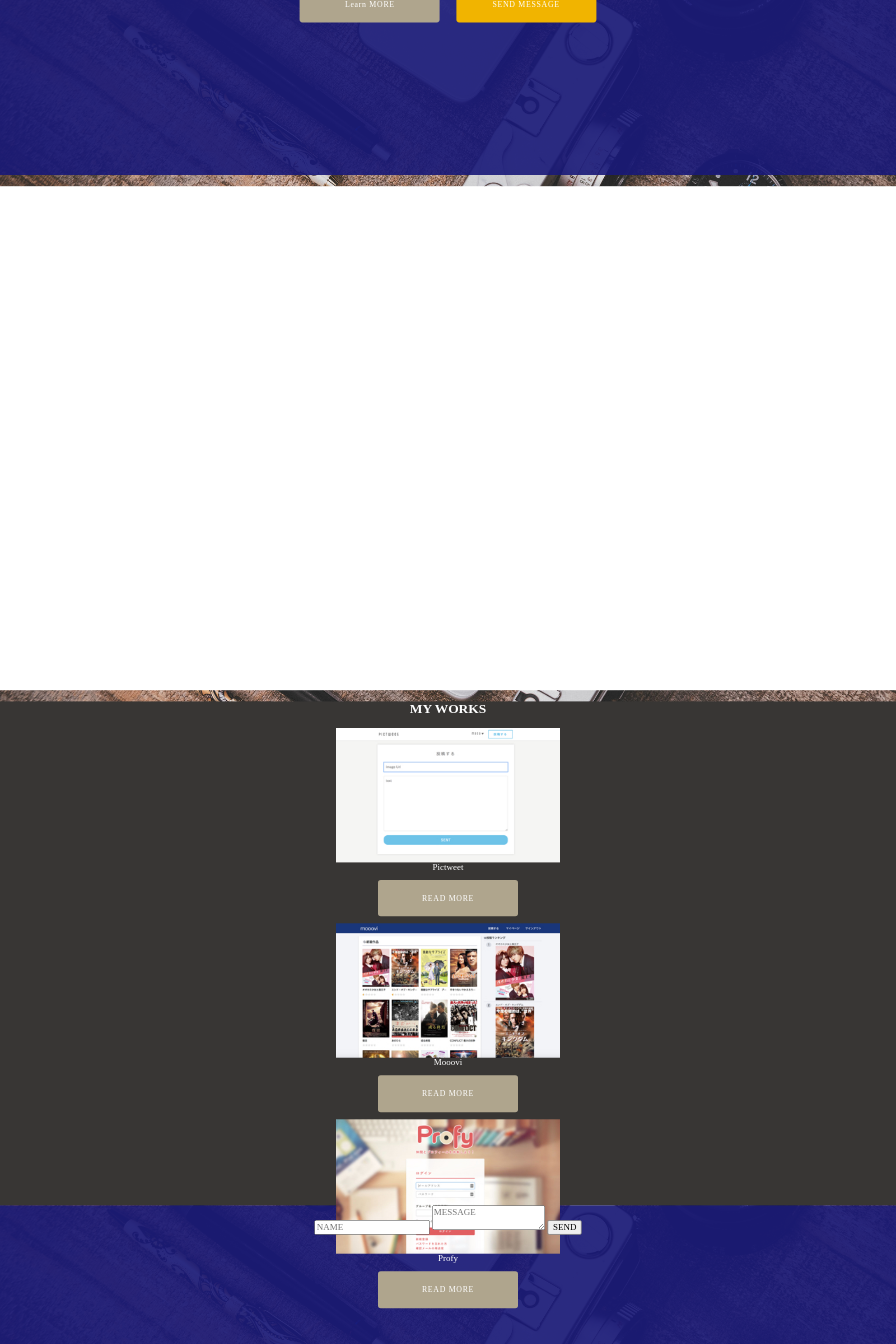
Repository: Kame0012/git_nekotter
Page: HTML-lesson/index.html
The author's editor kept a record of every edit. The page is drawn from the files as they stood at one moment, then again after the next edit.
The browser window is 1280 px wide. The pictures show the part of the page from y = 470 to 2390 px (the page is 2912 px tall before and 2880 px after), at 70% of full size.
Backgrounds fixed to the window are drawn as part of the page.

Above is the page before.

After the next edit:
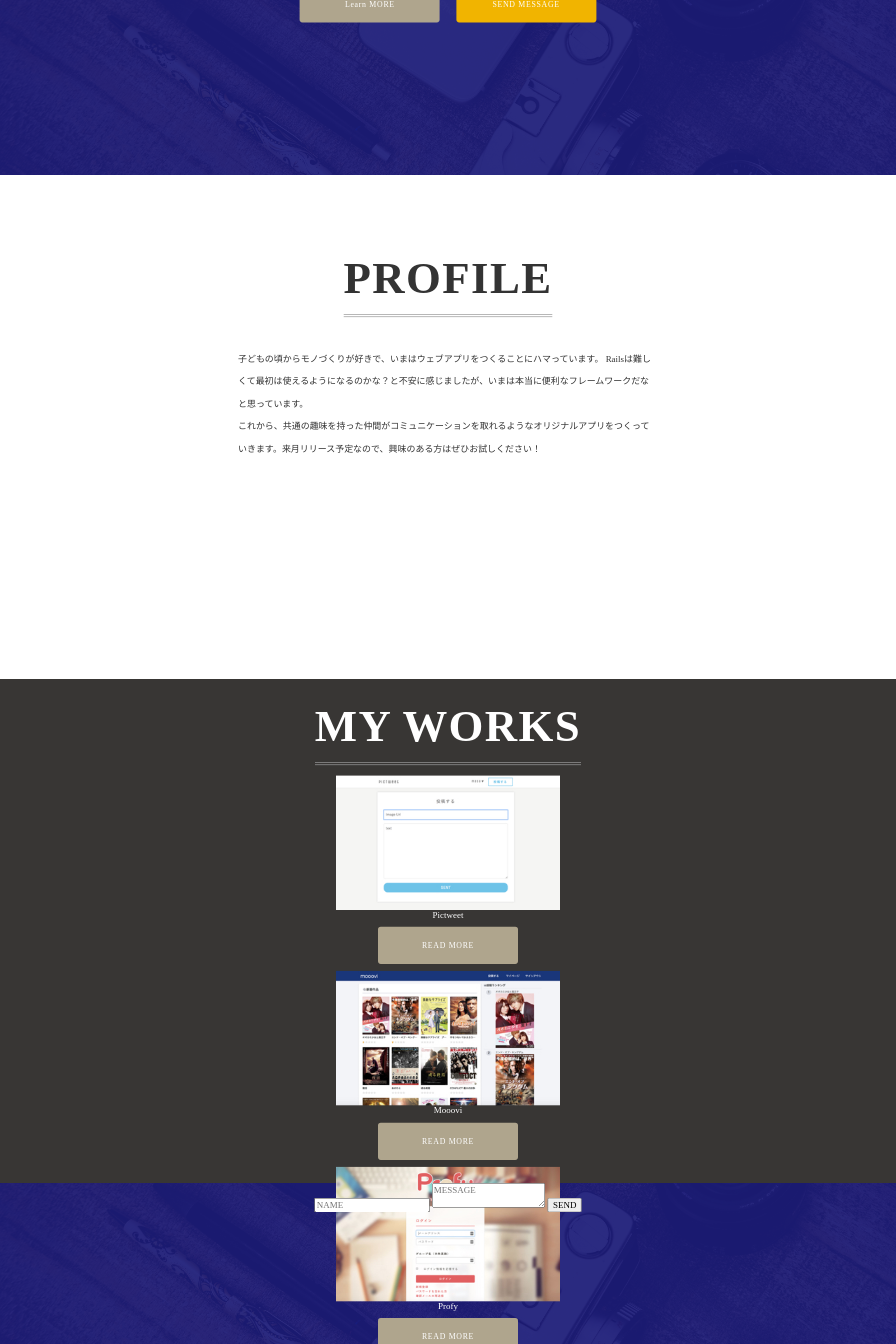
The edit:
--- a/HTML-lesson/style.css
+++ b/HTML-lesson/style.css
@@ -55,7 +55,25 @@
 
 .about {
   height: 100vh;
-  background-color: #ffffff;
+  padding: 80px 30px;
+  background-color: #fff;
+  color: #333;
+}
+
+.about-text {
+    width: 600px;
+    margin: 30px auto;
+    line-height: 2.5;
+    text-align: left;
+}
+
+.heading {
+    display: inline-block;
+    margin: 30px 0 15px;
+    padding-bottom: 15px;
+    letter-spacing: 2px;
+    font-size: 4rem;
+    border-bottom: double 4px #999;
 }
 
 .works {
